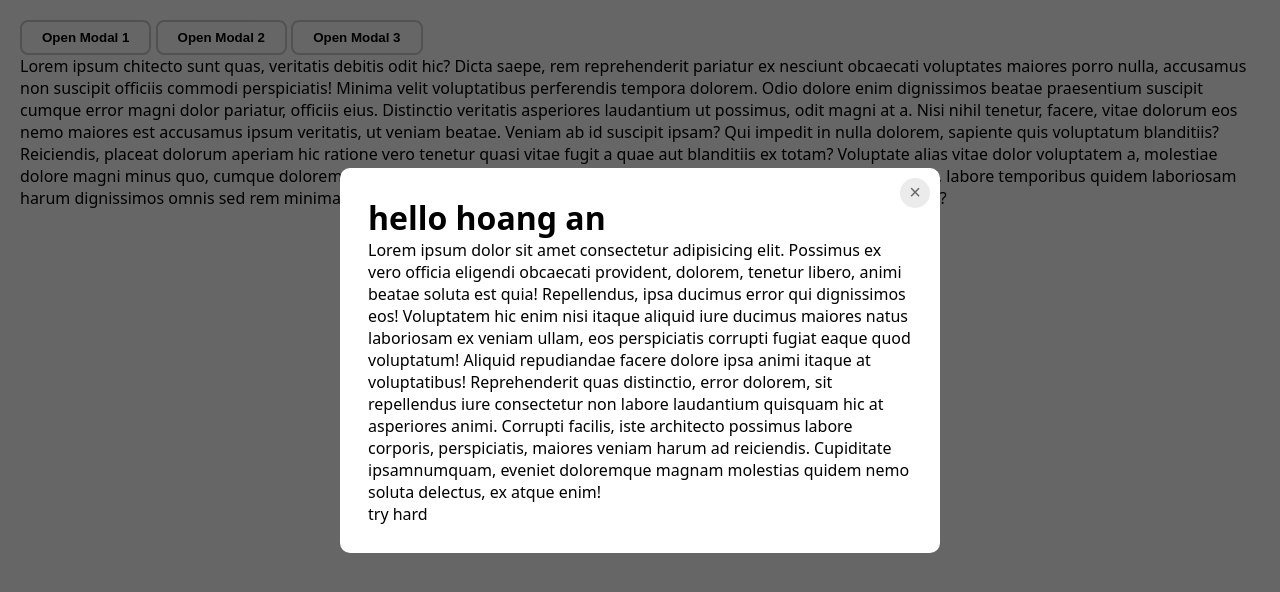
Repository: hoangan3526/Javascript-project
Page: index.html
These files come from the project's save history. The page is drawn as it stood at one moment and after the next save; the edit follows.
The browser window is 1280 px wide. The pictures show the whole page.

Above is the page before, as saved 2026-05-04 09:38:59.

After the next save:
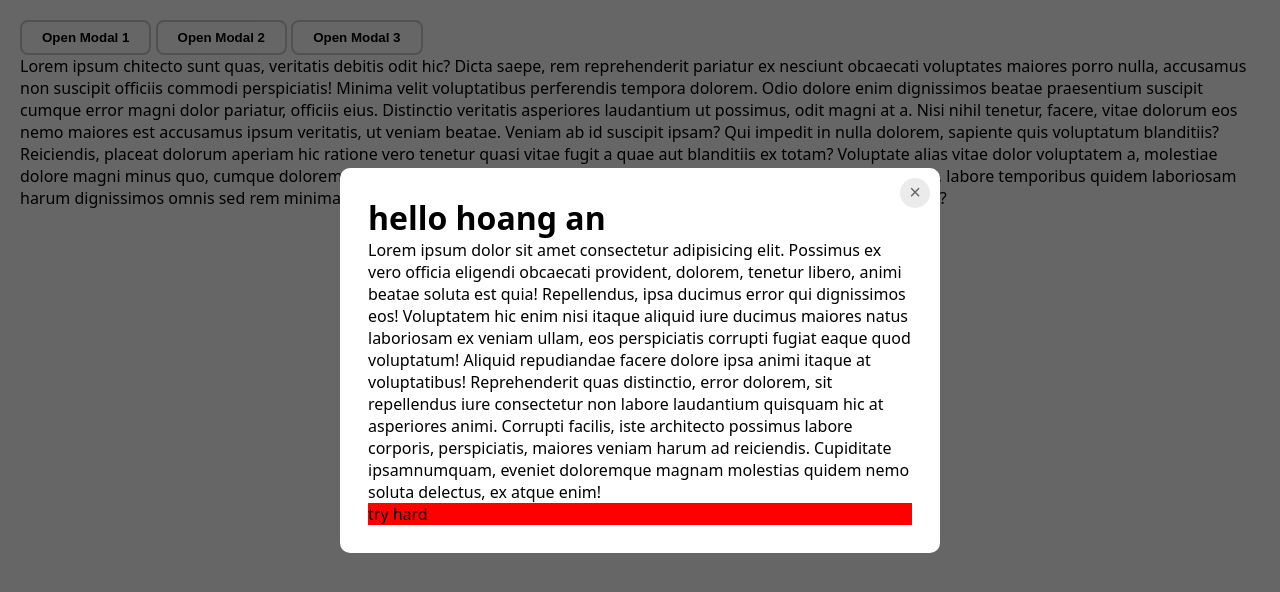
Saved 36 s later.
--- a/style.css
+++ b/style.css
@@ -83,6 +83,10 @@ button {
     max-height: 80vh;
     overflow-y: auto;
 }
+.modal-footer {
+    background-color: red;
+
+}
 .no-scroll{
     overflow: hidden;
 }
